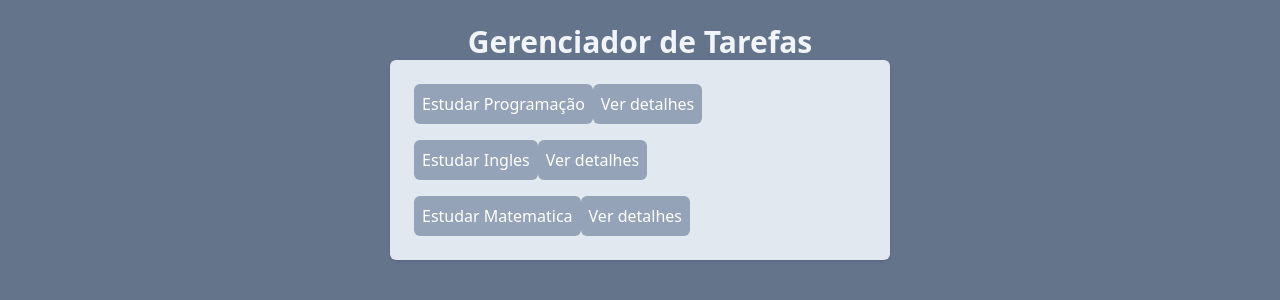
Repository: Rubenslourenco/task-manager-react
Page: /
An editor plug-in stored every save of this project. The page is shown before and after a run of saves, followed by the edit.
The browser window is 1280 px wide. The pictures show the whole page.
The project was rebuilt for these pictures with package versions that can differ from the ones it lists, and the page was loaded fresh each time. Also part of the build but not shown: vite.config.js.

Above is the page before, as saved 2025-02-04 17:07:52.

### src/App.jsx
// import AddTaks from "./components/AddTaks";
import Tasks from "./components/tasks";
import { useState } from "react";

function App() {
  const [tasks, setTasks] = useState([
    {
      id: 1,
      title: "Estudar Programação",
      description: "Estudar programação 2 horas por dia",
      isCompleted: false,
    },
    {
      id: 2,
      title: "Estudar Ingles",
      description: "Estudar ingles 1 hora por dia",
      isCompleted: true,
    },
    {
      id: 3,
      title: "Estudar Matematica",
      description: "Estudar matematica 1 hora por dia",
      isCompleted: false,
    },
  ]);

  return (
    <div className="w-screen h-screen bg-slate-500 flex justify-center p-6">
      <div className="w-[500px]">
        <h1 className="text-3xl text-slate-100 font-bold text-center">
          Gerenciador de Tarefas
        </h1>
        {/* <AddTaks /> */}
        <Tasks tasks={tasks} />
      </div>
    </div>
  );
}

export default App;

### src/components/tasks.jsx
function Tasks(props) {
  return (
    <ul className="space-y-4 p-6 bg-slate-200 rounded-md shadow">
      {props.tasks.map((task) => (
        <li key={task.id} className="flex">
          <button className="bg-slate-400 text-white p-2 rounded-md">
            {task.title}
          </button>
          <button className="bg-slate-400 text-white p-2 rounded-md">
            Ver detalhes
          </button>
        </li>
      ))}
    </ul>
  );
}

export default Tasks;

Loaded but not shown: index.html (common file); src/main.jsx (common file); src/index.css (common file); tailwind.config.js (common file)

After the next 2 saves:
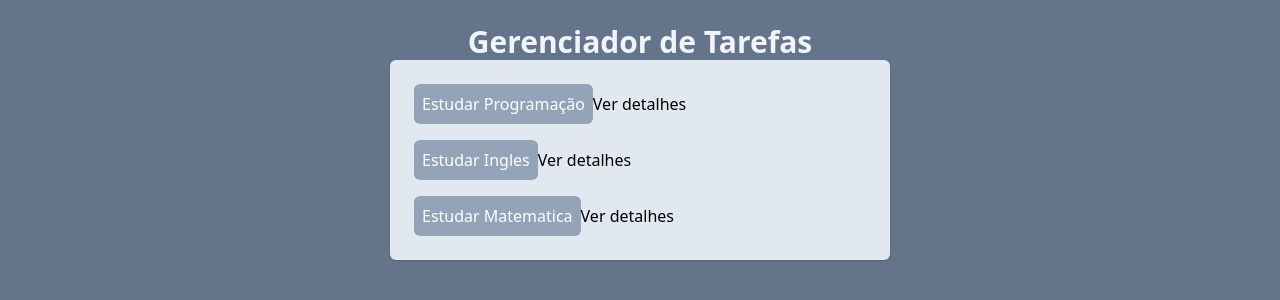
The 2 saves are shown as one change because 1 did not build or start.
The last was saved 52 s later.
--- a/src/components/tasks.jsx
+++ b/src/components/tasks.jsx
@@ -6,9 +6,7 @@ function Tasks(props) {
           <button className="bg-slate-400 text-white p-2 rounded-md">
             {task.title}
           </button>
-          <button className="bg-slate-400 text-white p-2 rounded-md">
-            Ver detalhes
-          </button>
+          <button className="">Ver detalhes</button>
         </li>
       ))}
     </ul>
